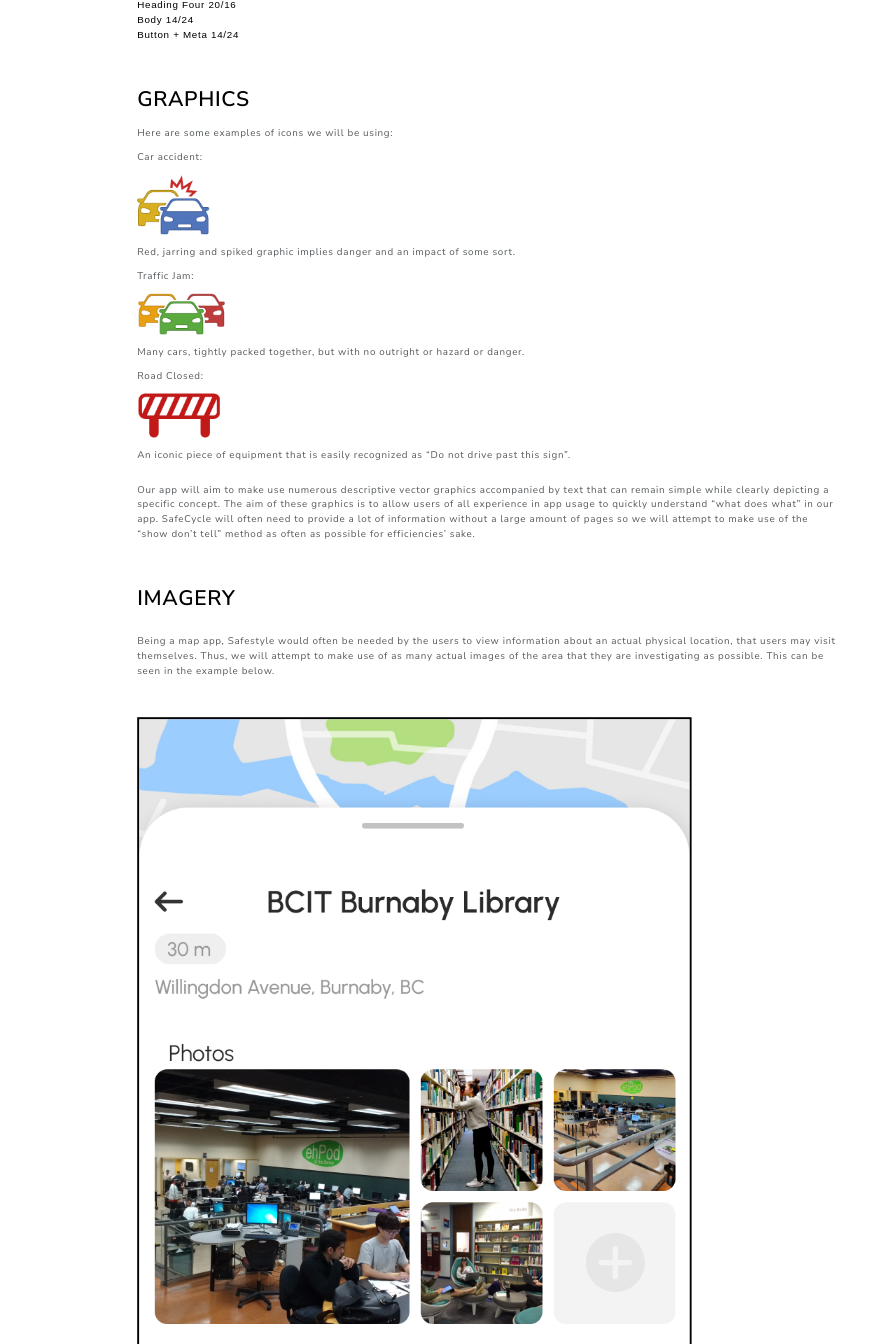
Repository: Aladdin3r/safecycle-styleguide
Page: /
An editor plug-in stored every save of this project. The page is shown before and after the next save, followed by the edit.
The browser window is 1280 px wide. The pictures show the part of the page from y = 2902 to 4822 px (the page is 5766 px tall before and 5808 px after), at 70% of full size.
The project was rebuilt for these pictures with package versions that can differ from the ones it lists, and the page was loaded fresh each time. The framework's server and built-in components were replaced by stand-ins that run in the browser. Also part of the build but not shown: next.config.mjs.

Above is the page before, as saved 2024-04-09 22:48:26.

After the next save:
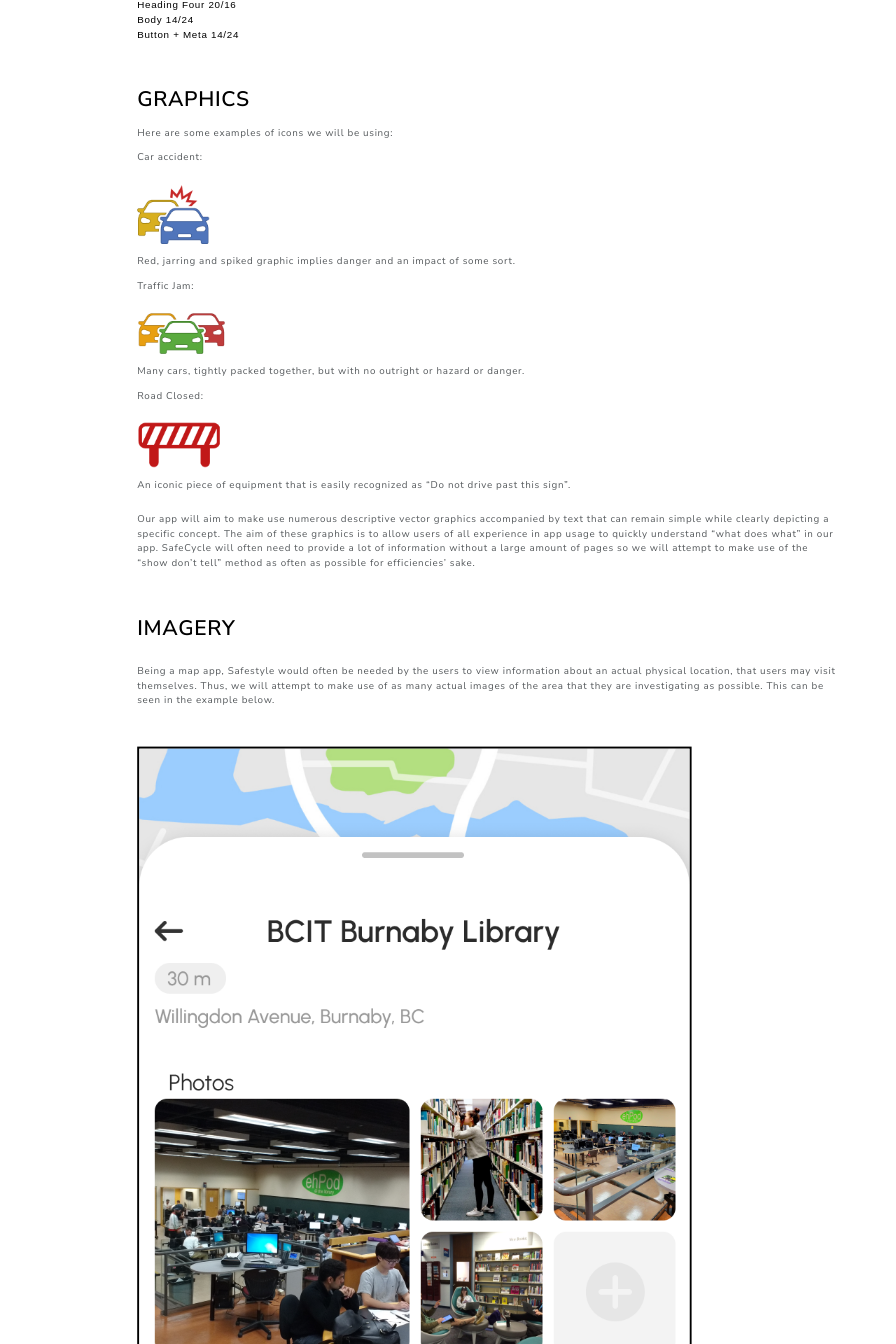
Saved 99 s later.
--- a/styles/Home.module.css
+++ b/styles/Home.module.css
@@ -79,7 +79,7 @@
   color: black;
 }
 .carCrash{
-  margin-top: 1em;
+  margin-top: 2em;
   /* margin-left: -14em; */
   margin-left: 10%;
 }
@@ -104,13 +104,13 @@
 }
 
 .traffic{
-  margin-top: 1em;
+  margin-top: 2em;
   /* margin-left: -14em; */
   margin-left: 10%;
 }
 
 .RoadClosed{
-  margin-top: 1em;
+  margin-top: 2em;
   /* margin-left: -14em; */
   margin-left: 10%;
 }
